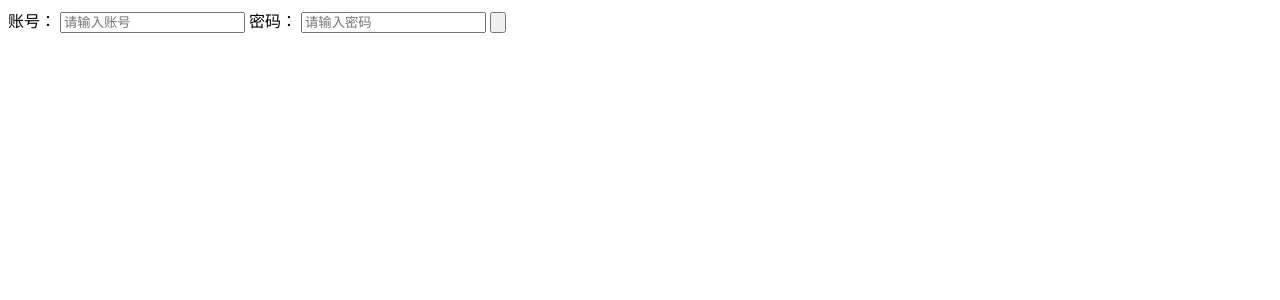
Repository: wweewweehouzi/Eonkey
Page: 2020.04.01/index.html
The author's editor kept a copy of each file at every save. The page is drawn from the files as they stood at one save, then again after the next save.
The browser window is 1280 px wide. The pictures show the whole page.

Above is the page before, as saved 2020-04-01 17:43:26.

After the next save:
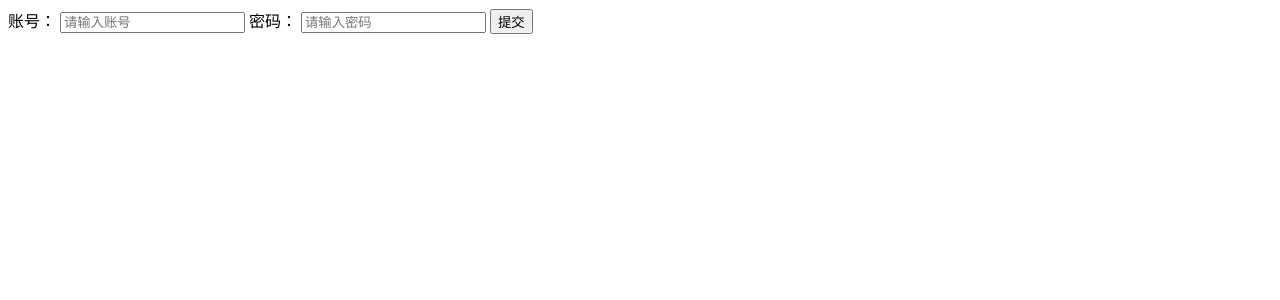
Saved 18 s later.
--- a/2020.04.01/index.html
+++ b/2020.04.01/index.html
@@ -20,7 +20,7 @@
                 密码：
                 <input type="password" placeholder="请输入密码" name="pwd" v-model='pwd'>
             </label>
-            <input type="button" v-on:click='handleSubmit()'>
+            <input type="button" value="提交" v-on:click='handleSubmit()'>
         </form>
 
     </div>
